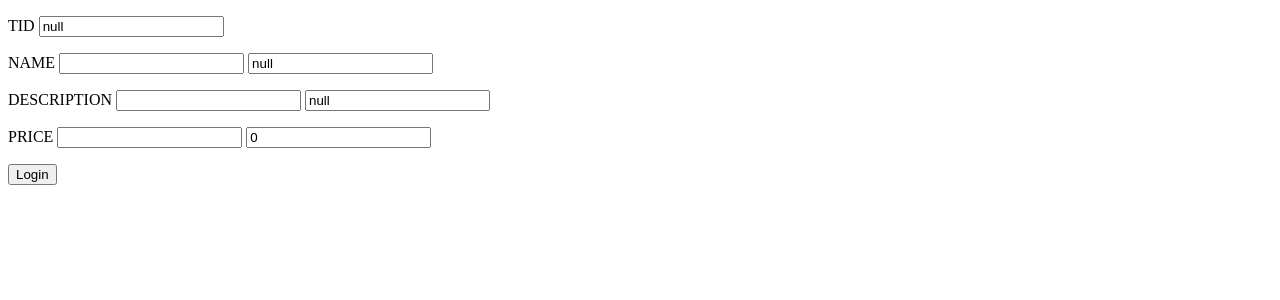
Repository: KarenViray/Training
Page: http://localhost/web.demo2b/addToy.jsp
The author's editor kept a copy of each file at every save. The page is drawn from the files as they stood at one save, then again after the next save.
The browser window is 1280 px wide. The pictures show the whole page.
The page is served by Tomcat 9. Other server files are loaded and not shown.

Above is the page before, as saved 2018-11-28 08:34:58.

### web.demo2b/src/main/webapp/addToy.jsp
<%@ page language="java" contentType="text/html; charset=ISO-8859-1"
    pageEncoding="ISO-8859-1"%>
<jsp:useBean id="addForm" class="com.demo.model.Product" scope="request"/>
<!DOCTYPE html>
<html>
<head>
<meta charset="ISO-8859-1">
<title>Add Toy Product</title>
</head>
<body>
<form action="" method="post">
			<p>
			    <label>TID</label>
				<input type="text" name="id" value="<%=addForm.getId()%>">
			</p>
			<p>
				<label>NAME</label>
				<input type="text" name="name">
				<input type="text" name="id" value="<%=addForm.getName()%>">
			</p>
			<p>
				<label>DESCRIPTION</label>
				<input type="text" name="desc">
				<input type="text" name="id" value="<%=addForm.getDesc()%>">
			</p>
			<p>
				<label>PRICE</label>
				<input type="text" name="price">
				<input type="text" name="id" value="<%=addForm.getPrice()%>">
			</p>
			<p>
				<input type="submit" value="Login">
			</p>
		</form>

</body>
</html>

### web.demo2b/src/main/java/com/demo/model/Product.java
package com.demo.model;

public class Product {
	private String id;
	private String name;
	private String desc;
	private String authorId;
	private int price;


	public Product() {
	}


	public Product(String id, String name, String desc, int price) {
		this.id = id;
		this.name = name;
		this.desc =desc;
		this.price= price;
	}

	public Product(String id, String name, String desc, String authorId, int price) {
		this.id = id;
		this.name = name;
		this.desc =desc;
		this.authorId=authorId;
		this.price= price;
	}

	public String getId() {
		return id;
	}

	public void setId(String id) {
		this.id = id;
	}

	public String getName() {
		return name;
	}

	public void setName(String name) {
		this.name = name;
	}

	public String getDesc() {
		return desc;
	}

	public void setDesc(String desc) {
		this.desc = desc;
	}

	public String getAuthor() {
		return authorId;
	}

	public void setAuthor(String authorId) {
		this.authorId = authorId;
	}

	public int getPrice() {
		return price;
	}

	public void setPrice(int price) {
		this.price = price;
	}

}

After the next save:
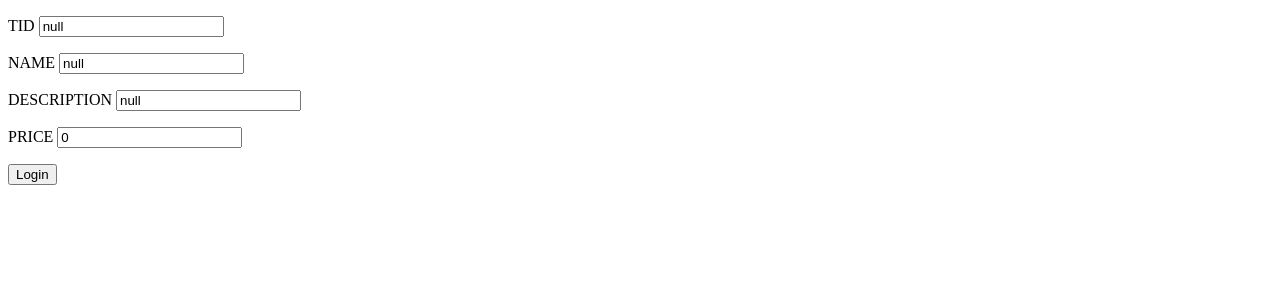
Saved 82 s later.
--- a/web.demo2b/src/main/webapp/addToy.jsp
+++ b/web.demo2b/src/main/webapp/addToy.jsp
@@ -15,18 +15,15 @@
 			</p>
 			<p>
 				<label>NAME</label>
-				<input type="text" name="name">
-				<input type="text" name="id" value="<%=addForm.getName()%>">
+				<input type="text" name="name" value="<%=addForm.getName()%>">
 			</p>
 			<p>
 				<label>DESCRIPTION</label>
-				<input type="text" name="desc">
-				<input type="text" name="id" value="<%=addForm.getDesc()%>">
+				<input type="text" name="desc" value="<%=addForm.getDesc()%>">
 			</p>
 			<p>
 				<label>PRICE</label>
-				<input type="text" name="price">
-				<input type="text" name="id" value="<%=addForm.getPrice()%>">
+				<input type="text" name="price" value="<%=addForm.getPrice()%>">
 			</p>
 			<p>
 				<input type="submit" value="Login">
